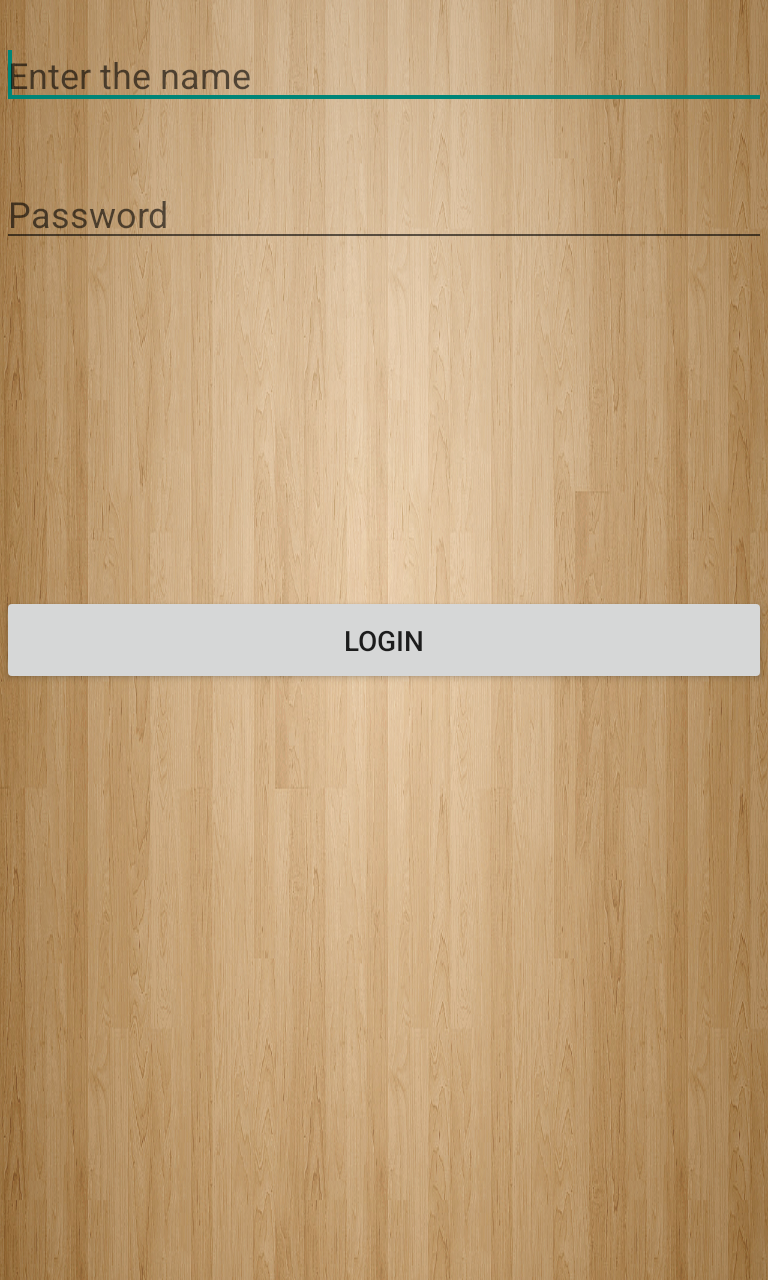
Repository: vipinvkamara/SampleProgram
Layout: SharedPreferance/res/layout/registration.xml
The author's editor kept a copy of each file at every save. The layout is drawn from the files as they stood at one save, then again after the next save.
It is drawn on a 768 x 1280 px phone screen (xhdpi) without system bars, with theme AppTheme; the app's code is not run.

Above is the layout before, as saved 2015-01-02 05:55:43.

After the next save:
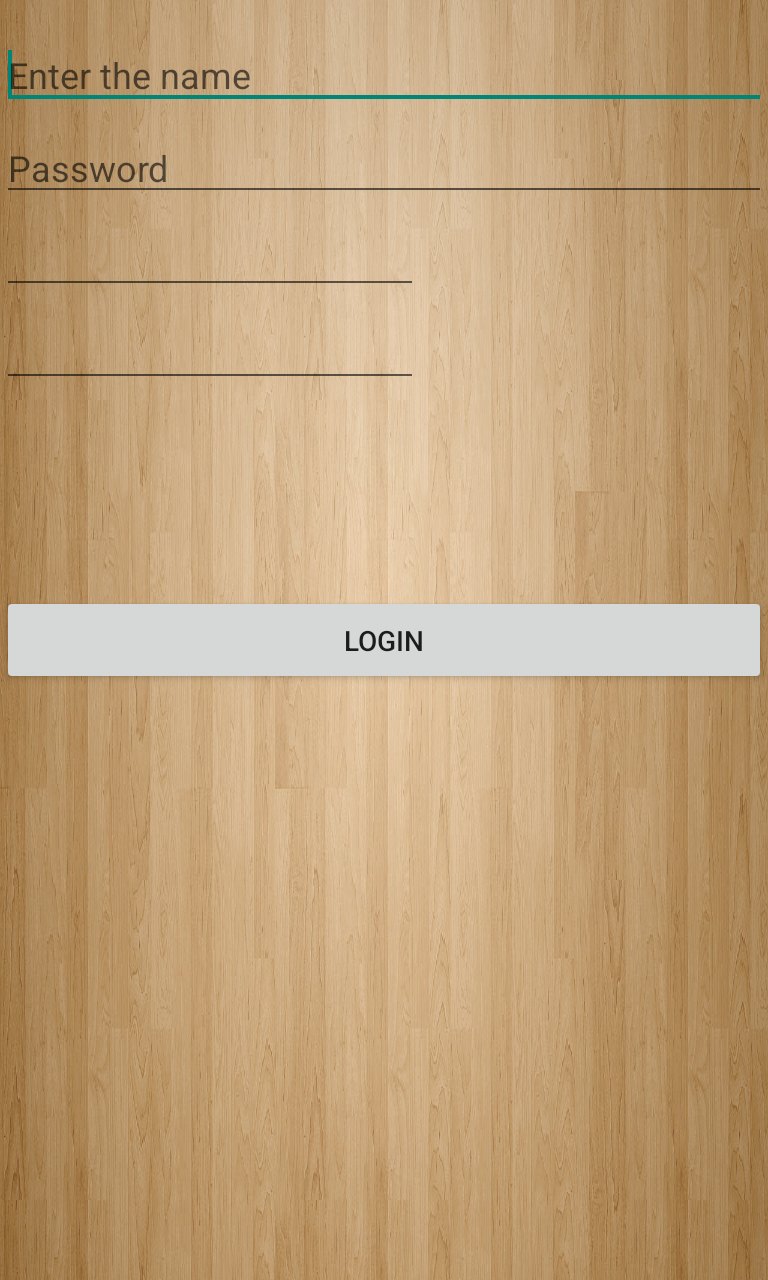
Saved 103 s later.
--- a/SharedPreferance/res/layout/registration.xml
+++ b/SharedPreferance/res/layout/registration.xml
@@ -24,10 +24,30 @@
         android:layout_height="wrap_content"
         android:layout_below="@+id/editText1"
         android:layout_centerHorizontal="true"
-        android:layout_marginTop="28dp"
+        android:layout_marginTop="5dp"
         android:ems="10"
         android:hint="Password"
         android:inputType="textPassword" />
+
+    <EditText
+        android:id="@+id/editText3"
+        android:layout_width="wrap_content"
+        android:layout_height="wrap_content"
+        android:layout_alignParentLeft="true"
+        android:layout_below="@+id/editText2"
+        android:layout_marginTop="5dp"
+        android:ems="10"
+        android:inputType="textEmailAddress" />
+
+    <EditText
+        android:id="@+id/editText4"
+        android:layout_width="wrap_content"
+        android:layout_height="wrap_content"
+        android:layout_alignParentLeft="true"
+        android:layout_below="@+id/editText3"
+        android:layout_marginTop="5dp"
+        android:ems="10"
+        android:inputType="phone" />
 
     <Button
         android:id="@+id/button1"
@@ -35,6 +55,7 @@
         android:layout_height="wrap_content"
         android:layout_alignLeft="@+id/editText2"
         android:layout_centerVertical="true"
+        android:layout_marginTop="5dp"
         android:text="Login" />
 
 </RelativeLayout>
